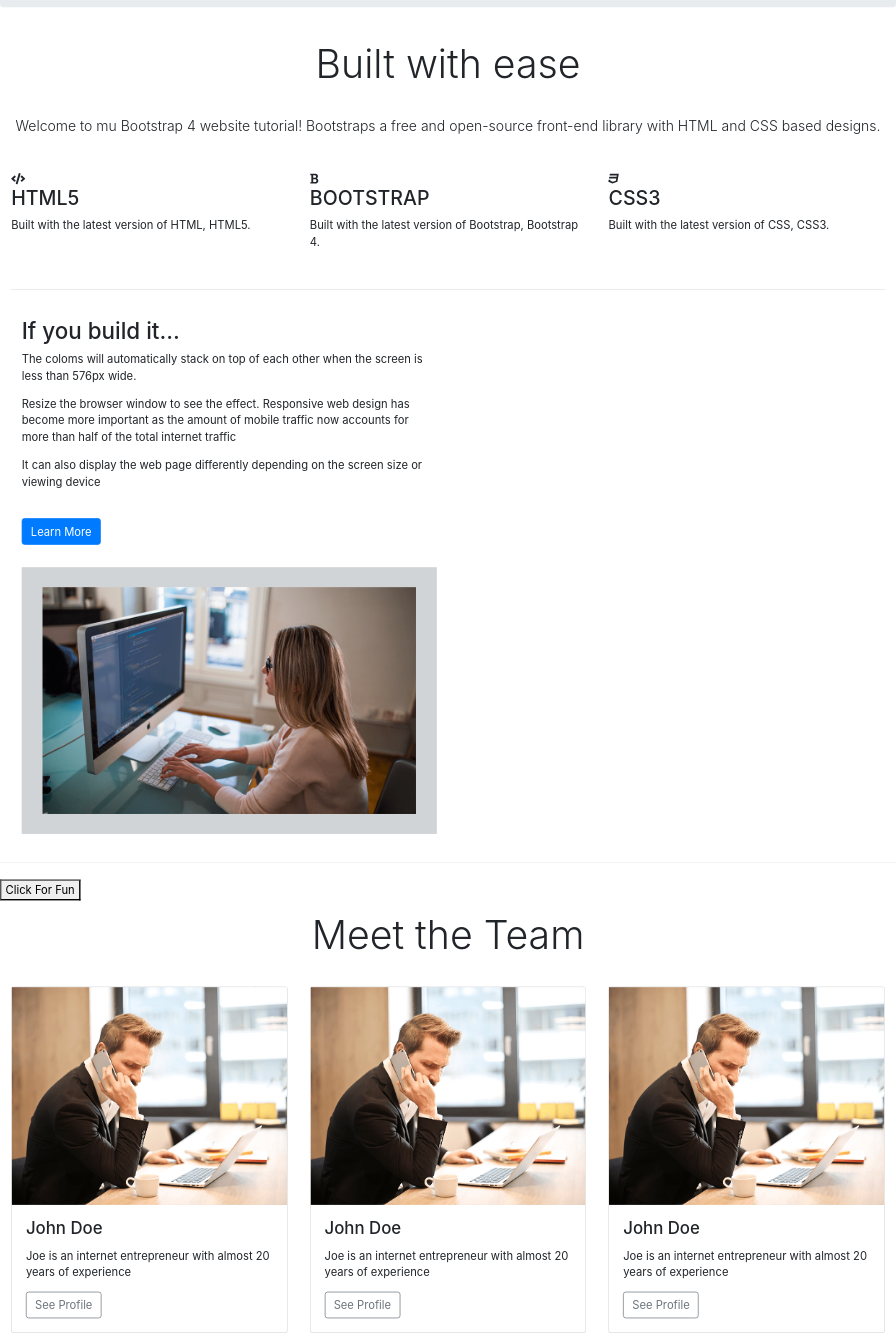
Repository: rkyankya/Bootstrap-1
Page: index.html
The author's editor kept a copy of each file at every save. The page is drawn from the files as they stood at one save, then again after the next save.
The browser window is 1280 px wide. The pictures show the part of the page from y = 916 to 2836 px (the page is 2836 px tall), at 70% of full size.
Some web libraries are served in a nearby version.

Above is the page before, as saved 2019-12-16 20:19:17.

### index.html
<!DOCTYPE html>
<html lang="en">

<head>
    <meta charset="utf-8">
    <meta name="viewport" content="width=device-width, initial-scale=1">
    <title>Complete Bootstrap 4 Website Layout</title>
    <link rel="stylesheet" href="https://maxcdn.bootstrapcdn.com/bootstrap/4.0.0/css/bootstrap.min.css">
    <script src="https://ajax.googleapis.com/ajax/libs/jquery/3.3.1/jquery.min.js"></script>
    <script src="https://cdnjs.cloudflare.com/ajax/libs/popper.js/1.12.9/umd/popper.min.js"></script>
    <script src="https://maxcdn.bootstrapcdn.com/bootstrap/4.0.0/js/bootstrap.min.js"></script>
    <script src="https://use.fontawesome.com/releases/v5.0.8/js/all.js"></script>
    <link href="style.css" rel="stylesheet">
</head>

<body>

    <!-- Navigation -->
    <nav class="navbar navbar-expand-md navbar-light bg-light sticky-top">
        <div class="container-fluid">
            <a class="navbar-brand" href="#"><img src="img/logo.png" alt="#"></a>
            <button class="navbar-toggler" type="button" data-toggler="collapse" data-target="#navbarResponsive">
          <span class="navbar-toggler-icon"></span>
        </button>
            <div class="collapse navbar-collapse" id="navbarResponsive">
                <ul class="navbar-nav ml-auto">
                    <li class="nav-item active">
                        <a class="nav-link" href="#">Home</a>
                    </li>
                    <li class="nav-item">
                        <a class="nav-link" href="#">About</a>
                    </li>
                    <li class="nav-item">
                        <a class="nav-link" href="#">Services</a>
                    </li>
                    <li class="nav-item">
                        <a class="nav-link" href="#">Team</a>
                    </li>
                    <li class="nav-item">
                        <a class="nav-link" href="#">Connect</a>
                    </li>
                </ul>
            </div>
        </div>
    </nav>

    <!--- Image Slider -->
    <div id="slides" class="carousel slide" data-ride="carousel">
        <ul class="carousel-indicators">
            <li data-target="#slides" data-slide-to="0" class="active"></li>
            <li data-target="#slides" data-slide-to="1"></li>
            <li data-target="#slides" data-slide-to="2"></li>
        </ul>
        <div class="carousel-inner">
            <div class="carousel-item active">
                <img src="img/background.png" alt="#">
                <div class="carousel-caption">
                    <h1 class="display-2">Bootstrap</h1>
                    <h3>Complete Website Layout</h3>
                    <button type="button" class="btn btn-outline-light btn-lg">VIEW DEMO</button>
                    <button type="button" class="btn btn-primary btn-lg">Get Started</button>
                </div>
            </div>
            <div class="carousel-item">
                <img src="img/background2.png" alt="#">
            </div>
            <div class="carousel-item">
                <img src="img/background3.png" alt="#">
            </div>
        </div>
    </div>

    <!--- Jumbotron -->
    <div class="container-fluid">
        <div class="row jumbotron">
            <div class="col-xs-12 col-sm-12 col-md-9 col-lg-9 col-xl-10">
                <!--Bootstrap has 12 coloms the 12 describes the coloms to take-->
                <p class="lead">A web hosting service allows individuals and organisations to make a their website accessible via the World Wide Web
                </p>
            </div>
            <div class="col-xs-12 col-sm-12 col-md-3 col-lg-3 col-xl-2">
                <a href="#">
                    <button type="button" class="btn btn-outline-secondary btn-lg">Web Hosting</button>
                </a>
            </div>
        </div>
    </div>


    <!--- Welcome Section -->
    <div class="container-fluid padding">
        <div class="row welcome text-center">
            <div class="col-12">
                <h1 class="display-4">Built with ease</h1>
            </div>
            <hr class="my-4">
            <div class="col-12">
                <p class="lead">Welcome to mu Bootstrap 4 website tutorial! Bootstraps a free and open-source front-end library with HTML and CSS based designs.
                </p>
            </div>
        </div>
    </div>

    <!--- Three Column Section -->
    <div class="container-fluid padding">
        <div class="row text-centre padding">
            <div class="col-xs-12 col-sm-6 col-md-4">
                <i class="fas fa-code"></i>
                <h3>HTML5</h3>
                <p>Built with the latest version of HTML, HTML5.</p>
            </div>
            <div class="col-xs-12 col-sm-6 col-md-4">
                <i class="fas fa-bold"></i>
                <h3>BOOTSTRAP</h3>
                <p>Built with the latest version of Bootstrap, Bootstrap 4.</p>
            </div>
            <div class="col-sm-12 col-md-4">
                <i class="fab fa-css3"></i>
                <h3>CSS3</h3>
                <p>Built with the latest version of CSS, CSS3.</p>
            </div>
        </div>
        <hr class="my-4">
    </div>


    <!--- Two Column Section -->
    <div class="container-fluid padding">
        <div class="row-padding">
            <div class="col-md-12 col-lg-6">
                <h2>If you build it...</h2>
                <p>The coloms will automatically stack on top of each other when the screen is less than 576px wide.</p>
                <p>Resize the browser window to see the effect. Responsive web design has become more important as the amount of mobile traffic now accounts for more than half of the total internet traffic</p>
                <p>It can also display the web page differently depending on the screen size or viewing device</p>
                <br>
                <a href="#" class="btn btn-primary">Learn More</a>
            </div>
            <div class="col-lg-6">
                <img src="img/desk.png" class="img-fluid" alt="#">
            </div>
        </div>
    </div>

    <hr class="my-4">

    <!--- Fixed background -->
    <figure>
        <div class="fixed-wrap">
            <div id="fixed"></div>
        </div>
    </figure>


    <!--- Emoji Section -->
    <button class="fun" data-toggle="collapse" data-target="#emoji">Click For Fun</button>
    <div id="emoji" class="collapse">
        <div class="container-fluid padding">
            <div class="row text-center">
                <div class="col-sm-6 col-md-3">
                    <img class="gif" src="img/gif/panda.gif" alt="#">
                </div>
                <div class="col-sm-6 col-md-3">
                    <img class="gif" src="img/gif/unicorn.gif" alt="#">
                </div>
                <div class="col-sm-6 col-md-3">
                    <img class="gif" src="img/gif/poo.gif" alt="#">
                </div>
                <div class="col-sm-6 col-md-3">
                    <img class="gif" src="img/gif/chicken.gif" alt="#">
                </div>
            </div>
        </div>
    </div>


    <!--- Meet the team -->
    <div class="container-fluid padding">
        <div class="row-welcome text-center">
            <div class="col-12">
                <h1 class="display-4"> Meet the Team</h1>
            </div>
        </div>
    </div>


    <!--- Cards -->
    <div class="container-fluid padding">
        <div class="row welcome text">
            <div class="col-md-4">
                <div class="card">
                    <img class="card-imd-top" src="img/team1.png" alt="#">
                    <div class="card-body">
                        <h4 class="card-title">John Doe</h4>
                        <p class="card-text">Joe is an internet entrepreneur with almost 20 years of experience</p>
                        <a href="#" class="btn btn-outline-secondary"> See Profile</a>
                    </div>
                </div>
            </div>
            <div class="col-md-4">
                <div class="card">
                    <img class="card-imd-top" src="img/team1.png" alt="#">
                    <div class="card-body">
                        <h4 class="card-title">John Doe</h4>
                        <p class="card-text">Joe is an internet entrepreneur with almost 20 years of experience</p>
                        <a href="#" class="btn btn-outline-secondary"> See Profile</a>
                    </div>
                </div>
            </div>
            <div class="col-md-4">
                <div class="card">
                    <img class="card-imd-top" src="img/team1.png" alt="#">
                    <div class="card-body">
                        <h4 class="card-title">John Doe</h4>
                        <p class="card-text">Joe is an internet entrepreneur with almost 20 years of experience</p>
                        <a href="#" class="btn btn-outline-secondary"> See Profile</a>
                    </div>
                </div>
            </div>
        </div>
    </div>


    <!--- Two Column Section -->


    <!--- Connect -->


    <!--- Footer -->




</body>

</html>

### style.css
@import url("https://fonts.googleapis.com/css?family=Poppins:400,500,700");
@import url("https://fonts.googleapis.com/css?family=Poppins:400,500,700");

/* --- Media Queries -- */

@media (max-width: 992px) {}

@media (max-width: 768px) {}

@media (max-width: 576px) {}


/* ---Firefox Bug Fix -- */

.carousel-item {
    transition: -webkit-transform 0.5s ease;
    transition: transform 0.5s ease;
    transition: transform 0.5s ease, -webkit-transform 0.5s ease;
    -webkit-backface-visibility: visible;
    backface-visibility: visible;
}


/* --- Fixed Background Image -- */

figure {
    position: relative;
    width: 100%;
    height: 60%;
    margin: 0 !important;
}

.fixed-wrap {
    clip: rect(0, auto, auto, 0);
    position: absolute;
    top: 0;
    left: 0;
    width: 100%;
    height: 100%;
}

#fixed {
    background-image: url("img/mac.png");
    position: fixed;
    display: block;
    top: 0;
    left: 0;
    width: 100%;
    height: 100%;
    background-size: cover;
    background-position: center center;
    -webkit-transform: translateZ(0);
    transform: translateZ(0);
    will-change: transform;
}


/* --- Bootstrap Padding Fix -- */

[class*="col-"] {
    padding: 1rem;
}


/*
Extra small (xs) devices (portrait phones, less than 576px)
No media query since this is the default in Bootstrap

Small (sm) devices (landscape phones, 576px and up)
@media (min-width: 576px) { ... }

Medium (md) devices (tablets, 768px and up)
@media (min-width: 768px) { ... }

Large (lg) devices (desktops, 992px and up)
@media (min-width: 992px) { ... }

Extra (xl) large devices (large desktops, 1200px and up)
@media (min-width: 1200px) { ... }
*/


/* ---Media Queries -- */

@media (max-width: 992px) {}

@media (max-width: 768px) {}

@media (max-width: 576px) {}


/* ---Firefox Bug Fix -- */

.carousel-item {
    transition: -webkit-transform 0.5s ease;
    transition: transform 0.5s ease;
    transition: transform 0.5s ease, -webkit-transform 0.5s ease;
    -webkit-backface-visibility: visible;
    backface-visibility: visible;
}


/* --- Fixed Background Image -- */

figure {
    position: relative;
    width: 100%;
    height: 60%;
    margin: 0 !important;
}

.fixed-wrap {
    clip: rect(0, auto, auto, 0);
    position: absolute;
    top: 0;
    left: 0;
    width: 100%;
    height: 100%;
}

#fixed {
    background-image: url("img/mac.png");
    position: fixed;
    display: block;
    top: 0;
    left: 0;
    width: 100%;
    height: 100%;
    background-size: cover;
    background-position: center center;
    -webkit-transform: translateZ(0);
    transform: translateZ(0);
    will-change: transform;
}


/* --- Bootstrap Padding Fix -- */

[class*="col-"] {
    padding: 1rem;
}


/*
Extra small (xs) devices (portrait phones, less than 576px)
No media query since this is the default in Bootstrap

Small (sm) devices (landscape phones, 576px and up)
@media (min-width: 576px) { ... }

Medium (md) devices (tablets, 768px and up)
@media (min-width: 768px) { ... }

Large (lg) devices (desktops, 992px and up)
@media (min-width: 992px) { ... }

Extra (xl) large devices (large desktops, 1200px and up)
@media (min-width: 1200px) { ... }
*/

After the next save:
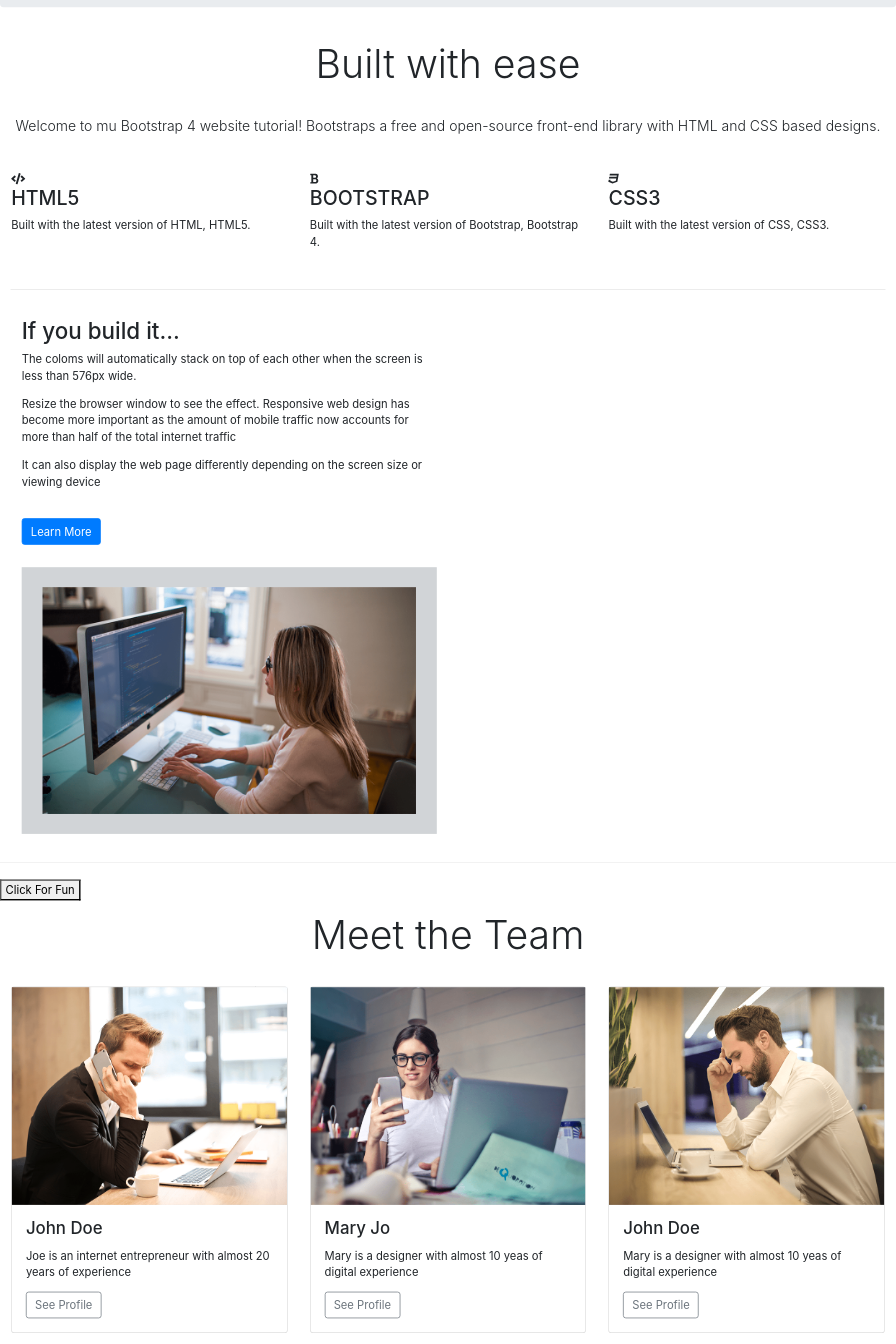
Saved 3 min 2 s later.
--- a/index.html
+++ b/index.html
@@ -198,24 +198,24 @@
             </div>
             <div class="col-md-4">
                 <div class="card">
-                    <img class="card-imd-top" src="img/team1.png" alt="#">
+                    <img class="card-imd-top" src="img/team2.png" alt="#">
+                    <div class="card-body">
+                        <h4 class="card-title">Mary Jo</h4>
+                        <p class="card-text">Mary is a designer with almost 10 yeas of digital experience</p>
+                        <a href="#" class="btn btn-outline-secondary"> See Profile</a>
+                    </div>
+                </div>
+            </div>
+            <div class="col-md-4">
+                <div class="card">
+                    <img class="card-imd-top" src="img/team3.png" alt="#">
                     <div class="card-body">
                         <h4 class="card-title">John Doe</h4>
-                        <p class="card-text">Joe is an internet entrepreneur with almost 20 years of experience</p>
+                        <p class="card-text">Mary is a designer with almost 10 yeas of digital experience</p>
                         <a href="#" class="btn btn-outline-secondary"> See Profile</a>
                     </div>
                 </div>
             </div>
-            <div class="col-md-4">
-                <div class="card">
-                    <img class="card-imd-top" src="img/team1.png" alt="#">
-                    <div class="card-body">
-                        <h4 class="card-title">John Doe</h4>
-                        <p class="card-text">Joe is an internet entrepreneur with almost 20 years of experience</p>
-                        <a href="#" class="btn btn-outline-secondary"> See Profile</a>
-                    </div>
-                </div>
-            </div>
         </div>
     </div>
 
